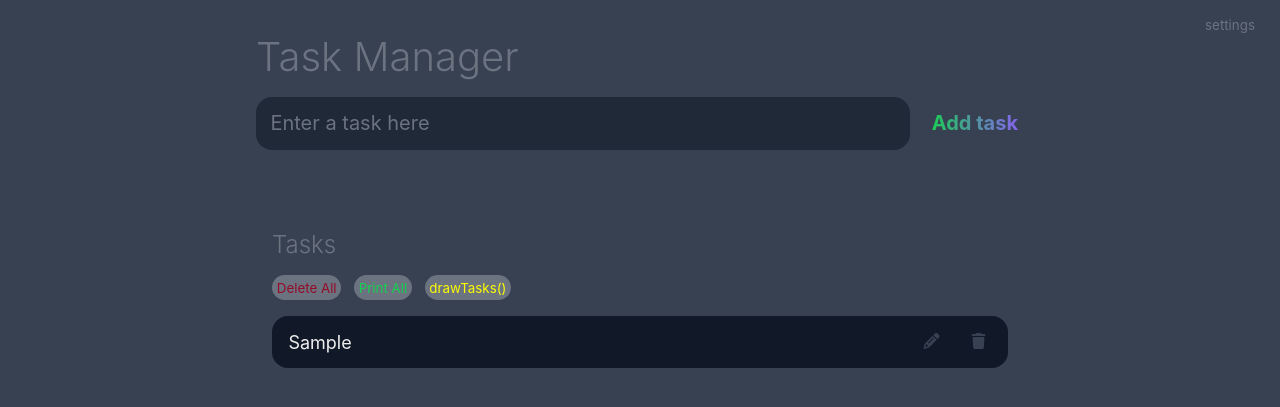
Repository: Herschenglime/todo-list-exercise
Page: index.html
The author's editor kept a copy of each file at every save. The page is drawn from the files as they stood at one save, then again after a run of saves.
The browser window is 1280 px wide. The pictures show the whole page.
Empty fields were first filled with sample values (such as "Sample", 5 or name@example.com).
After loading, the first visible `#new-task-form` was submitted once.
Some web libraries are served in a nearby version.

Above is the page before, as saved 2022-04-20 03:52:51.

After the next 2 saves:
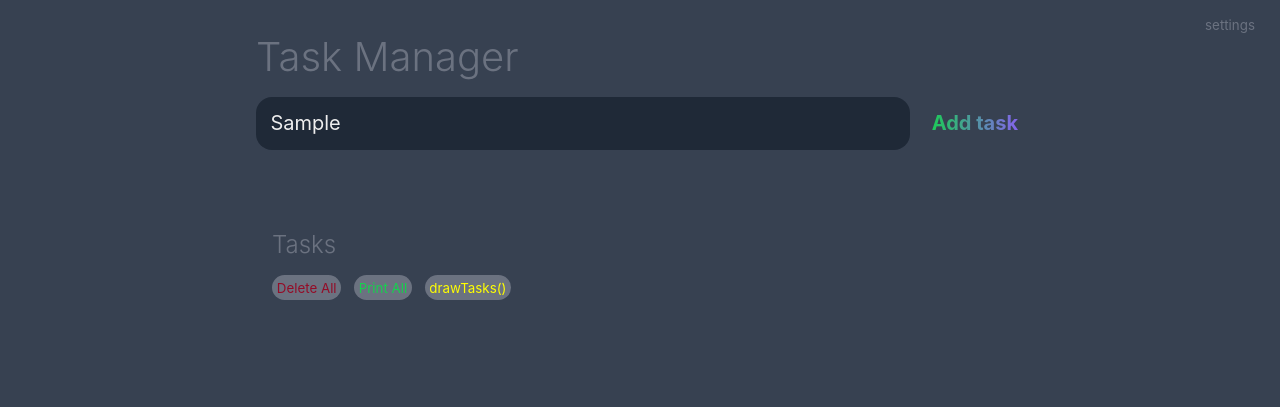
Console error: ReferenceError: forEach is not defined
The 2 saves are shown as one change because they came seconds apart.
The last was saved 17 s later.
--- a/app.js
+++ b/app.js
@@ -261,7 +261,7 @@
             return;
         }
 
-
+        forEach
 
         tasks.push(taskObj);
         console.log("tasks array:")

After the 3 saves that followed:
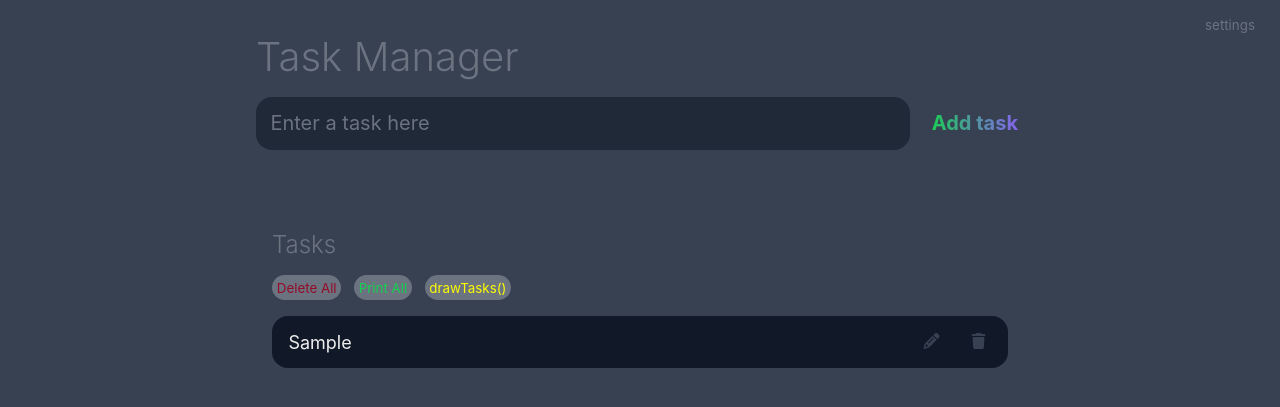
The error is gone.
The 3 saves are shown as one change because 1 left the picture as it was and some came seconds apart.
The last was saved 14 s later.
--- a/app.js
+++ b/app.js
@@ -261,7 +261,9 @@
             return;
         }
 
-        forEach
+        tasks.forEach((task) => {
+
+        })
 
         tasks.push(taskObj);
         console.log("tasks array:")
